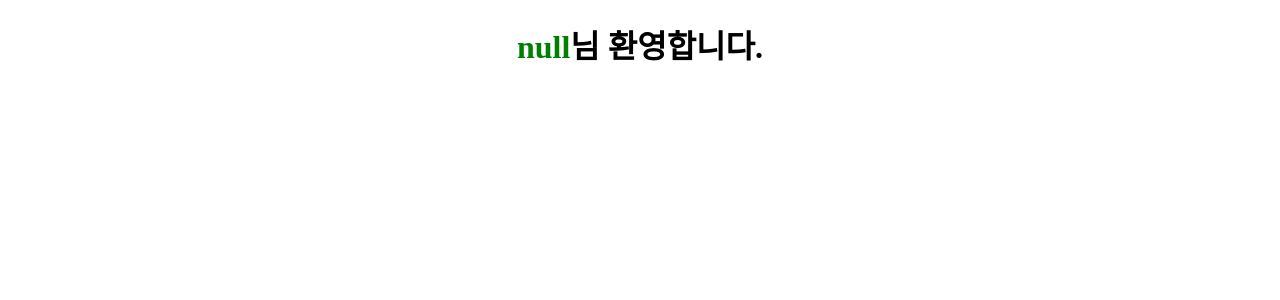
Repository: serim53/JSPStudy
Page: http://localhost/BoardWeb_JSP_/hello.jsp
These files come from the project's save history. The page is drawn as it stood at one moment and after the next save; the edit follows.
The browser window is 1280 px wide. The pictures show the whole page.
The page is served by Tomcat 10. Other server files are loaded and not shown.

Above is the page before, as saved 2025-07-10 01:30:27.

### BoardWeb(JSP)/src/main/webapp/hello.jsp
<%@page contentType="text/html; charset=UTF-8"%>
<!DOCTYPE html PUBLIC "-//W3C//DTD HTML 4.01 Transitional//EN" "http://www.w3.org/TR/html4/loose.dtd">
<html>
<head>
<meta http-equiv="Content-Type" content="text/html; charset=UTF-8">
<title>JSP 예제</title>
</head>
<body>
<center>
<h1><font color="green"><%= request.getParameter("id") %></font>님 환영합니다.</h1>
</center>
</body>
</html>

After the next save:
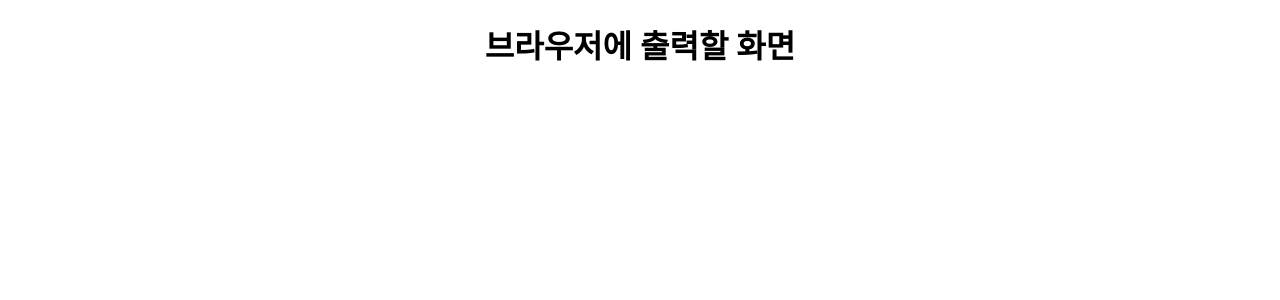
Saved 23 s later.
--- a/BoardWeb(JSP)/src/main/webapp/hello.jsp
+++ b/BoardWeb(JSP)/src/main/webapp/hello.jsp
@@ -7,7 +7,7 @@
 </head>
 <body>
 <center>
-<h1><font color="green"><%= request.getParameter("id") %></font>님 환영합니다.</h1>
+<h1>브라우저에 출력할 화면</h1>
 </center>
 </body>
 </html>
